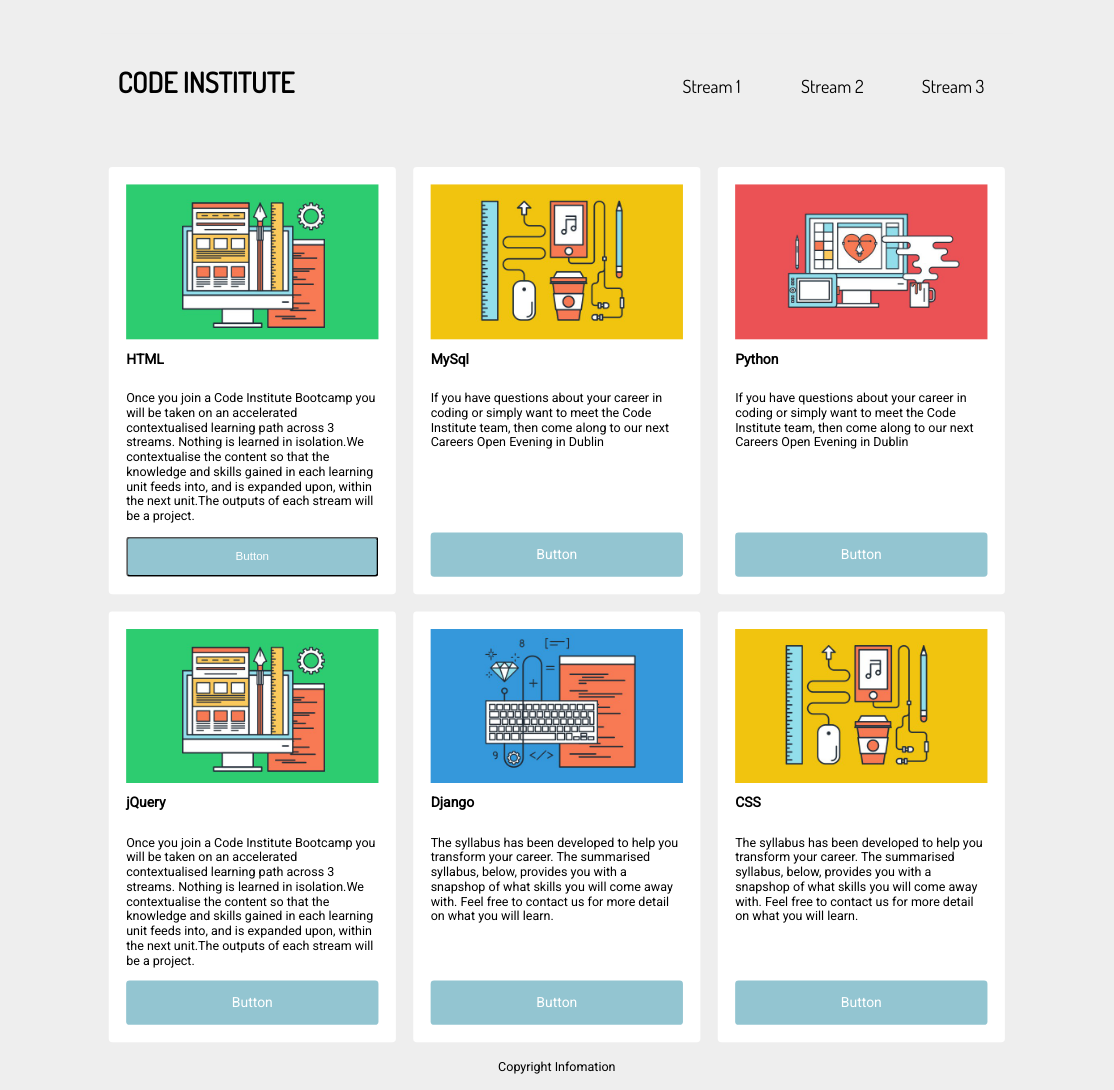
Repository: DCoppinger/jquery-events
Page: Cards-jquery.html
The author's editor kept a record of every edit. The page is drawn from the files as they stood at one moment, then again after the next edit.
The browser window is 1280 px wide. The pictures show the whole page, at 87% of full size.
Some web libraries are served in a nearby version.

Above is the page before.

### Cards-jquery.html
<!DOCTYPE html>
<html lang="en">
<head>
	<meta charset="UTF-8">
	<meta name="viewport" content="width=device-width, initial-scale=1">
	<title>jQuery</title>
	<link href="style.css" rel="stylesheet">
	<link href='https://fonts.googleapis.com/css?family=Roboto' rel='stylesheet' type='text/css'>
	<link href='https://fonts.googleapis.com/css?family=Dosis' rel='stylesheet' type='text/css'>
</head>
<body>
	<div id="container">
		<nav>
			<ul>
				<li id="logoNav">CODE INSTITUTE</li>
				<li id="stream1_btn">Stream 1</li>
				<li id="stream2_btn">Stream 2</li>
				<li id="stream3_btn">Stream 3</li>
			</ul>
		</nav>
		<div class="card stream1">
			<img class="card_image" src="img/3.png" alt="coding icon">
			<div class="card_bottom">
				<h2 class="card_head">HTML</h2>
				<p class="card_para">Once you join a Code Institute Bootcamp you will be taken on an accelerated contextualised learning path across 3 streams. Nothing is learned in isolation.We contextualise the content so that the knowledge and skills gained in each learning unit feeds into, and is expanded upon, within the next unit.The outputs of each stream will be a project. </p>
				<button id="button_effects1" class="bottom_button">Button</button>
			</div>
		</div>
		<div class="card stream3">
			<img class="card_image" src="img/1.png" alt="coding icon">
			<h2 class="card_head">MySql</h2>
			<p class="card_para">If you have questions about your career in coding or simply want to meet the Code Institute team, then come along to our next Careers Open Evening in Dublin</p>
			<a href="" class="bottom_button">Button</a>
		</div>

		<div class="card stream2">
			<img class="card_image" src="img/2.png" alt="coding icon">
			<h2 class="card_head">Python</h2>
			<p class="card_para">If you have questions about your career in coding or simply want to meet the Code Institute team, then come along to our next Careers Open Evening in Dublin</p>
			<a href="" class="bottom_button">Button</a>
		</div>
		<div class="card stream1">
			<img class="card_image" src="img/3.png" alt="coding icon">
			<div class="card_bottom">
				<h2 class="card_head">jQuery</h2>
				<p class="card_para">Once you join a Code Institute Bootcamp you will be taken on an accelerated contextualised learning path across 3 streams. Nothing is learned in isolation.We contextualise the content so that the knowledge and skills gained in each learning unit feeds into, and is expanded upon, within the next unit.The outputs of each stream will be a project. </p>
				<a href="" class="bottom_button">Button</a>
			</div>
		</div>
		<div class="card stream3">
			<img class="card_image" src="img/4.png" alt="coding icon">
			<h2 class="card_head">Django</h2>
			<p class="card_para">The syllabus has been developed to help you transform your career. The summarised syllabus, below, provides you with a snapshop of what skills you will come away with. Feel free to contact us for more detail on what you will learn.</p>
			<a href="" class="bottom_button">Button</a>
		</div>
		<div class="card stream1">
			<img class="card_image" src="img/1.png" alt="coding icon">
			<h2 class="card_head">CSS</h2>
			<p class="card_para">The syllabus has been developed to help you transform your career. The summarised syllabus, below, provides you with a snapshop of what skills you will come away with. Feel free to contact us for more detail on what you will learn.</p>
			<a href="" class="bottom_button">Button</a>
		</div>
		<div id="my_footer">
			<p id="copyright">Copyright Infomation</p>
		</div>
	</div>
	<script src="https://code.jquery.com/jquery-3.2.1.js" integrity="sha256-DZAnKJ/6XZ9si04Hgrsxu/8s717jcIzLy3oi35EouyE=" crossorigin="anonymous"></script>
	<script src="script.js"></script> <!-- Scripts located at the bottom of the body to insure page is fully loaded before execution -->

</body>
</html>

### style.css
body {
	font-family: 'Roboto', sans-serif;
	/*background-image: url(img/code-institute.jpg);
 	background-size: cover;
 	color: #ffffff;*/
 	background-color: #eee;
}

h1{
	font-size: 3em;
	text-align: center;
}

h2 {
	font-size: 1em;
	text-align: left;
}

p {
	font-size: .9rem;
}

div {
	border-radius: 4px;
}

.card_image {
	width: 100%;
}

.bottom_button {
	display: flex;
	box-sizing:border-box;
	border-radius: 4px;
	display: block;
	width: 100%;
	background-color:rgba(129, 187, 201,.85);
	text-align: center;
	padding: 1em .75em;
	text-decoration: none;
	color: #fff;
}

.card_bottom {
	display: flex;
	flex-flow:column;
}

.card_head {
	flex:0;
}

.card_para {
	flex:1 0 auto;
}

#container {
	display: flex;		/* makes container a flexbox*/
	flex-flow: row wrap; 	/* layout the boxes in rows and wrap them*/
	box-sizing:border-box;
	margin-right:auto;
	margin-left:auto;
	max-width:1050px;
}

#logo {
	width: 800px;
	margin: auto;
}

.card {
	flex:1; /* */
	display: flex;	/* make the contents controllable by flexbox*/
	flex-flow:column;	/* */
	min-width: 240px; /**/
	margin: 10px;
	padding: 20px;
	background-color: #fff;
}

.highlight_stream {
	background-color: #EB5255;
}

#my_footer {
	width:100%;
	text-align: center;
}

#copyright {
	margin-top:10px;
	margin-bottom:10px;
}

/*************************
Navigation
**************************/

nav {
	font-family: roboto;
	background-color: #eee;
	margin: 30px auto;
	width: 100%;
}

ul {
	display: flex;
	justify-content:space-between;
	flex-flow: row;
	/*flex-flow: row-reverse;*/
	/*justify-content:flex-end;*/
	/*justify-content:space-around;*/
	/*align-items:flex-start;*/
	align-items:baseline;
	border-radius: 10px;
	list-style-type: none; /*Remove Bullets*/
	padding: 0;
}

li {
	flex:1;
	height: 30px;
	/*width:10%;*/
	/*border:2px solid #000;*/
	/*background-color: #81BBC9;*/
	/*border-radius: 10px;*/
	font-family: Dosis;
	padding:20px 20px 20px 20px;
	text-align: center;
	font-size: 1.3em;
}

#logoNav {
	flex:6;
	text-align: left;
	font-size: 2em;
	font-weight: bold;
}

.underline {
    text-decoration:underline;
}

.border {
    border: solid 5px #ccc;
}

@media screen and (max-width: 700px) {
	ul {
		flex-flow: column;
		align-items:center;
    }

	li {
		font-size: 2em;
	}
}

### script.js
$(document).ready(function() {
    $("#button_effects1").click(function(){
        $('#par1'). slideToggle('1000');
    });
    $("#button_effects2").click(function(){
        $('#par2').toggle('1000');
    });
    $("#button_effects3").click(function(){
        $('#par3').toggle('1000');
    });
    $("#button_effects4").click(function(){
        $('#par4').toggle('1000');
    });
    $("#button_effects5").click(function(){
        $('#par5').toggle('1000');
    });
    $("#button_effects6").click(function(){
        $('#par6').toggle('1000');
    });
});

After the next edit:
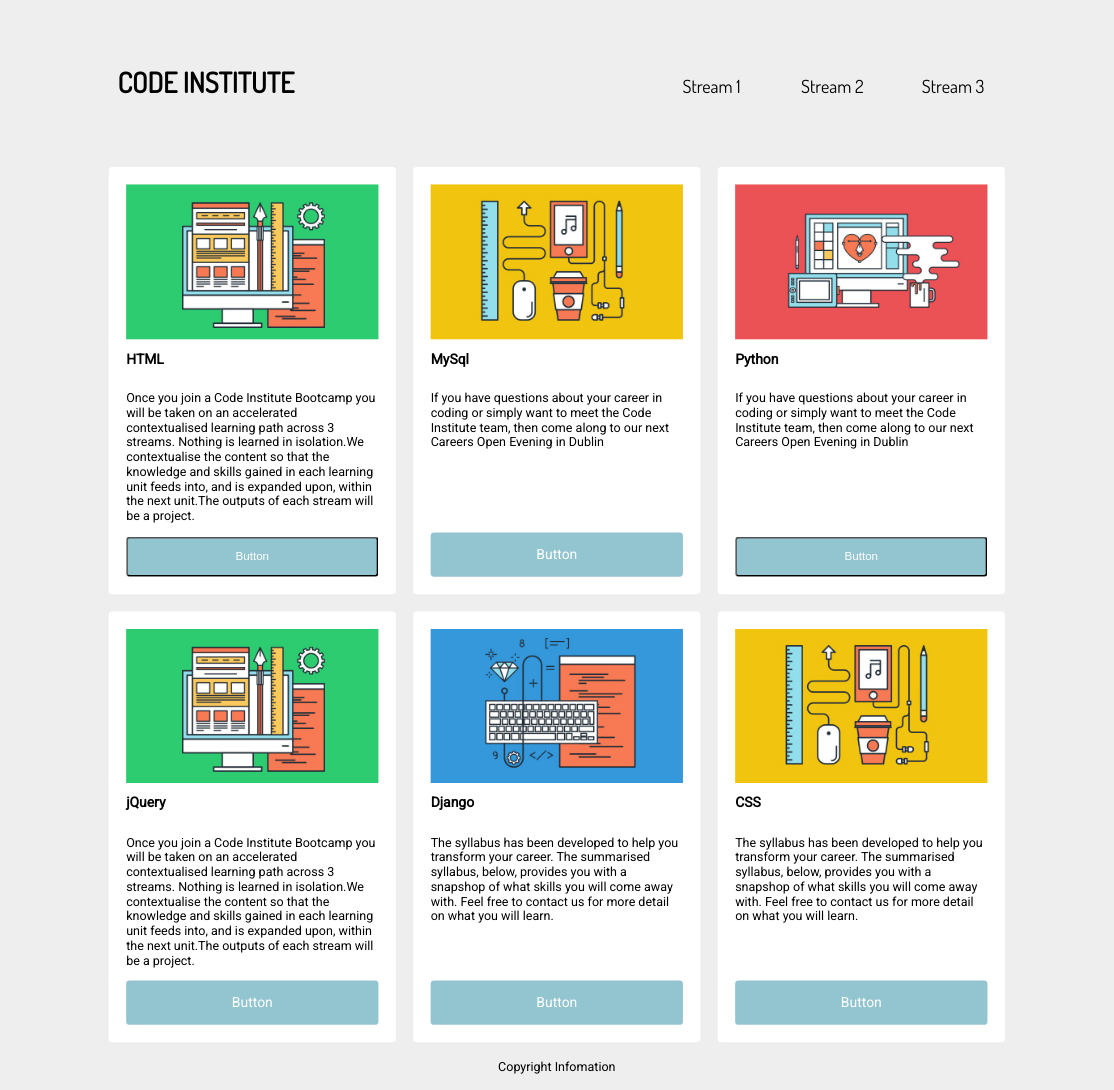
The edit:
--- a/Cards-jquery.html
+++ b/Cards-jquery.html
@@ -37,7 +37,7 @@
 			<img class="card_image" src="img/2.png" alt="coding icon">
 			<h2 class="card_head">Python</h2>
 			<p class="card_para">If you have questions about your career in coding or simply want to meet the Code Institute team, then come along to our next Careers Open Evening in Dublin</p>
-			<a href="" class="bottom_button">Button</a>
+			<button id="button_effects1" class="bottom_button">Button</button>
 		</div>
 		<div class="card stream1">
 			<img class="card_image" src="img/3.png" alt="coding icon">
